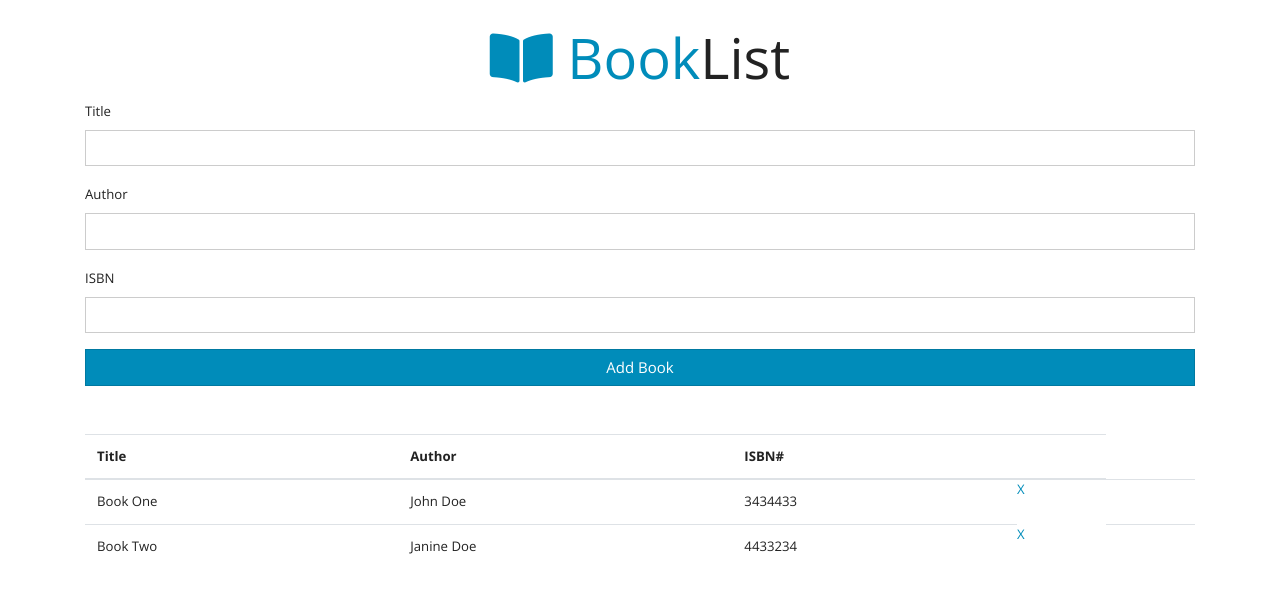
Repository: carrascomcesar/JSBOOKLIST
Page: index.html
An editor plug-in stored every save of this project. The page is shown before and after the next save, followed by the edit.
The browser window is 1280 px wide. The pictures show the whole page.
Some web libraries are served in a nearby version.

Above is the page before, as saved 2021-02-01 11:13:49.

After the next save:
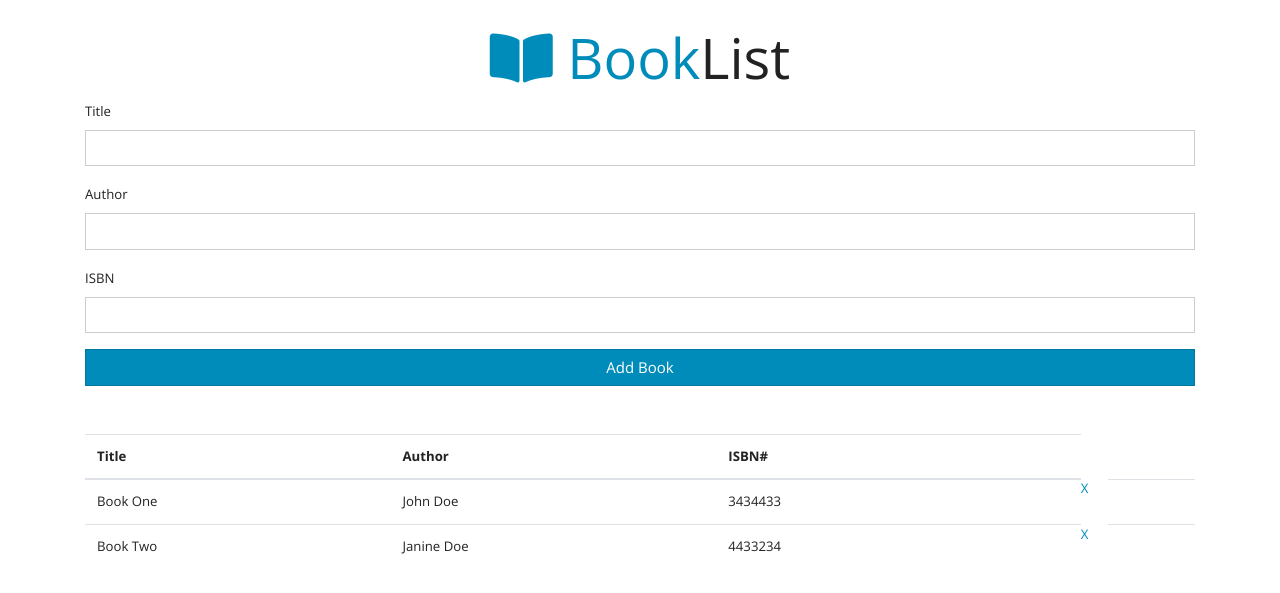
Saved 10 s later.
--- a/app.js
+++ b/app.js
@@ -35,7 +35,7 @@ class UI {
             <td>${book.title}</td>
             <td>${book.author}</td>
             <td>${book.isbn}</td>
-            <a href="#">X</a>
+            <td></td><a href="#">X</a>
             <td><a href="#" class="btn btn-danger btn-sm delete>X</a></td>
         `;
     list.appendChild(row);
